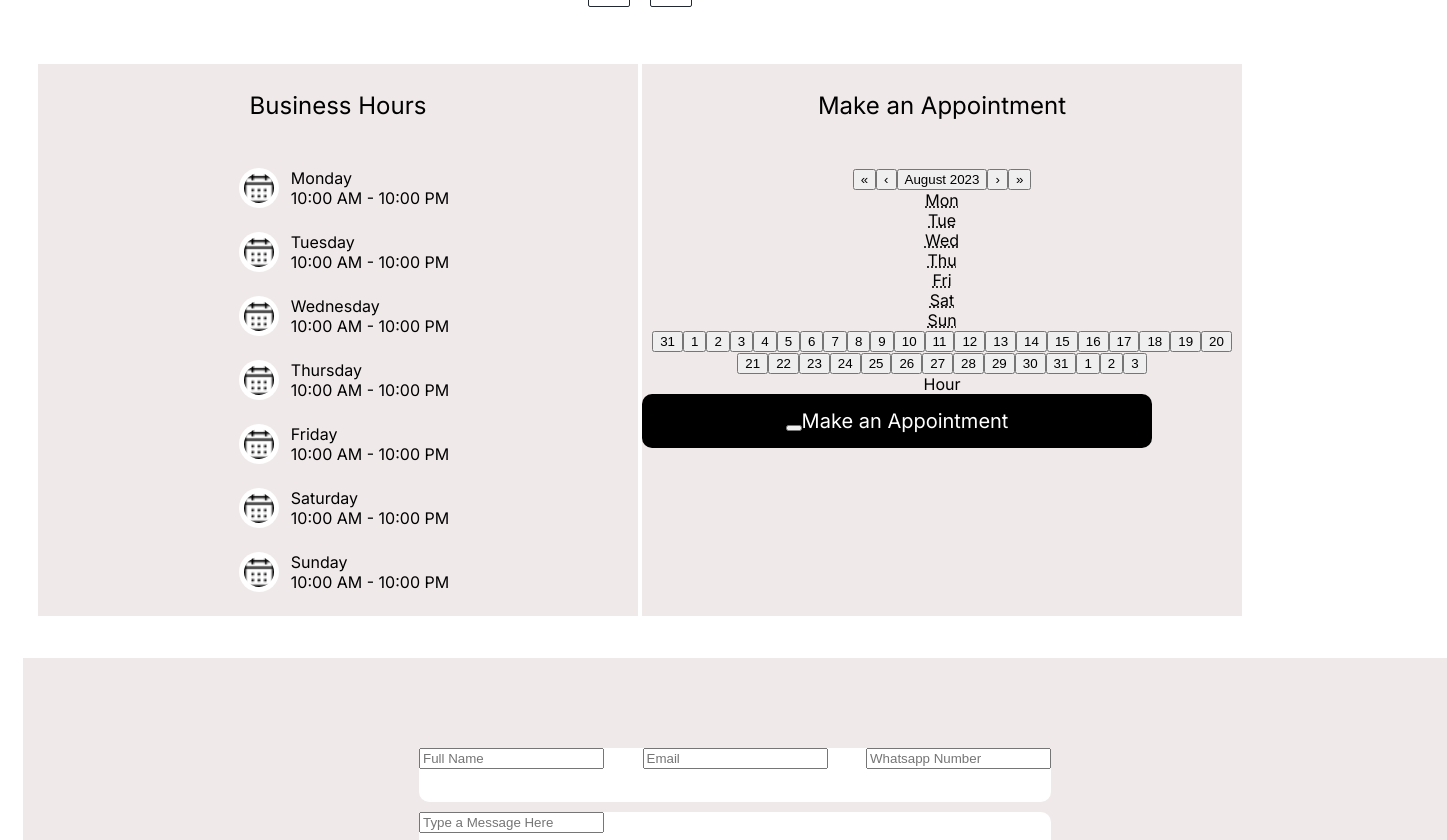
Repository: nikita120402/next13-deploy
Page: /
These files come from the project's save history. The page is drawn as it stood at one moment and after the next save; the edit follows.
The browser window is 1280 px wide. The page is 1447 px wide, so the pictures cover 1447 px, including what lies to the right of the window. The pictures show the part of the page from y = 2370 to 3210 px (the page is 3405 px tall).
The project was rebuilt for these pictures with package versions that can differ from the ones it lists, and the page was loaded fresh each time. The framework's server and built-in components were replaced by stand-ins that run in the browser. Also part of the build but not shown: next.config.js.

Above is the page before, as saved 2023-08-08 03:44:28.

After the next save:
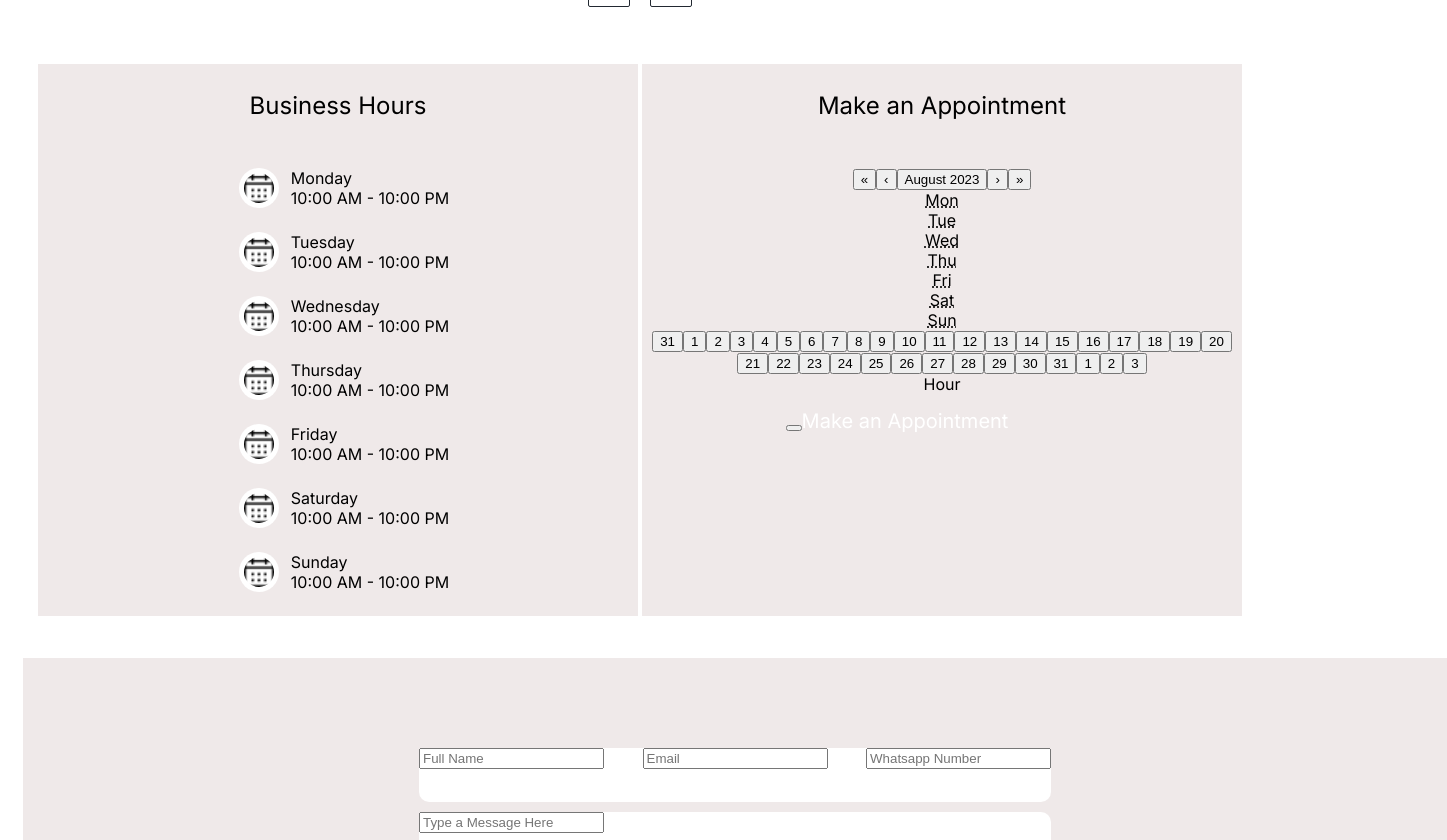
Saved 39 s later.
--- a/src/app/Design.module.css
+++ b/src/app/Design.module.css
@@ -162,7 +162,6 @@
 
 .btn{
     padding: 15px;
-    background: #000;
     color: #fff;
     font-size: 20px;
     border: none;
